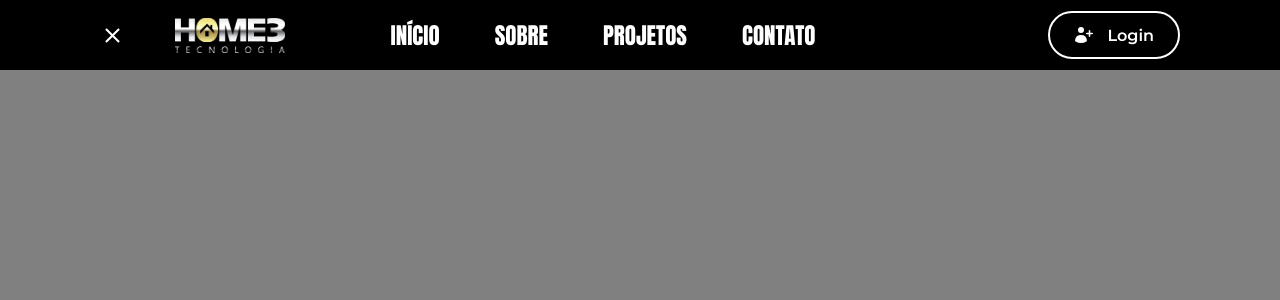
Repository: ryanmarinhodev/Home3-react
Page: /
These files come from the project's save history. The page is drawn as it stood at one moment and after the next save; the edit follows.
The browser window is 1280 px wide. The pictures show the whole page.
Some web fonts or font styles are not loaded; a fallback is used. The project was rebuilt for these pictures with package versions that can differ from the ones it lists, and the page was loaded fresh each time. Also part of the build but not shown: src/App.css.

Above is the page before, as saved 2024-11-06 17:30:26.

After the next save:
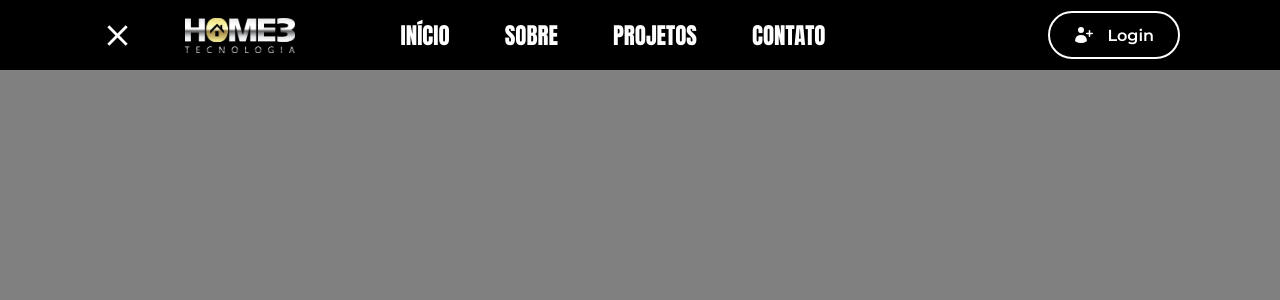
Saved 5 s later.
--- a/src/components/Header/header.tsx
+++ b/src/components/Header/header.tsx
@@ -32,7 +32,7 @@
         {navItem ? (
           <NavBar onClick={clickMenu} />
         ) : (
-          <IoMdClose style={{ fontSize: "25px" }} onClick={clickMenu} />
+          <IoMdClose style={{ fontSize: "35px" }} onClick={clickMenu} />
         )}
         <IoMdClose style={{ display: "none", fontSize: "35px" }} />
         <Logo src={LogoHome3} alt="Logo home3" />
